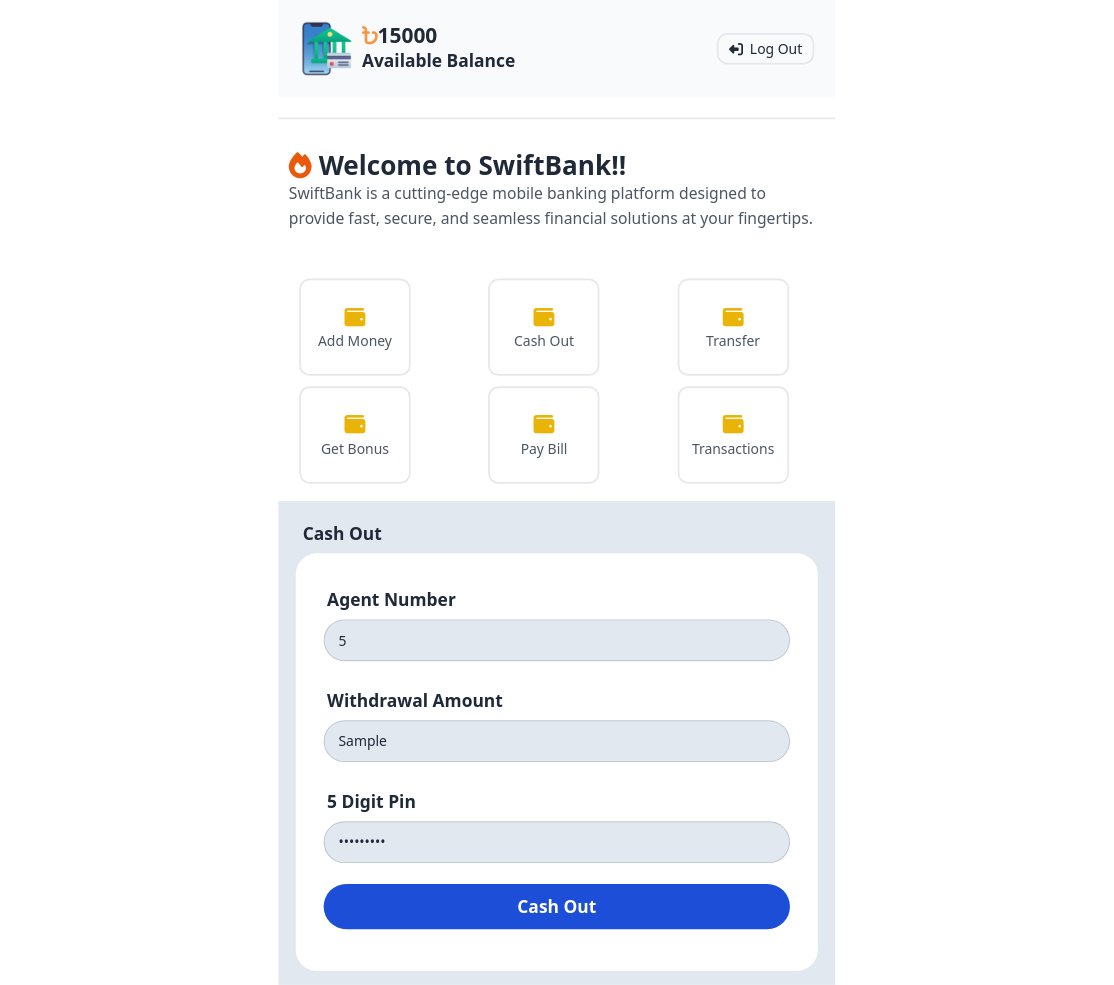
Repository: mukaddam-coder/swift-bank-mobile-banking
Page: home.html
These files come from the project's save history. The page is drawn as it stood at one moment and after the next save; the edit follows.
The browser window is 1280 px wide. The pictures show the whole page, at 87% of full size.
Empty fields were first filled with sample values (such as "Sample", 5 or name@example.com).
After loading, the first visible `#show-add-money-section` was clicked once.
Some web libraries are served in a nearby version.

Above is the page before, as saved 2024-12-13 18:28:47.

### home.html
<!DOCTYPE html>
<html lang="en">
<head>
    <meta charset="UTF-8">
    <meta name="viewport" content="width=device-width, initial-scale=1.0">
    <title>SwiftBank</title>
    <!-- Fontawesome CDN -->
    <script src="https://kit.fontawesome.com/c4e7b2ed2f.js" crossorigin="anonymous"></script>
    <!-- Google Fonts -->
    <link rel="preconnect" href="https://fonts.googleapis.com">
    <link rel="preconnect" href="https://fonts.gstatic.com" crossorigin>
    <link href="https://fonts.googleapis.com/css2?family=Montserrat:ital,wght@0,100..900;1,100..900&display=swap" rel="stylesheet">
    <!-- Tailwind + DaisyUi CDN -->
    <link href="https://cdn.jsdelivr.net/npm/daisyui@4.12.19/dist/full.min.css" rel="stylesheet" type="text/css" />
    <script src="https://cdn.tailwindcss.com"></script>

</head>
<body>

<main>
  <div class="w-1/2 mx-auto p-6 bg-slate-50 h-full flex justify-between items-center">
    <div class="flex gap-2">
        <!-- Logo -->
    <div>
    <img class="w-16 h-16" src="images/mobile-banking.png">
    </div>
    <div>
   <h2 class="text-2xl font-bold" id="main-balance">
   <i class="fa-solid fa-bangladeshi-taka-sign text-orange-400"></i>15000</h2>
   <p class="font-semibold text-xl">Available Balance</p>
</div>
</div>
<div>
<button class="border-2 w-28 px-1 py-1 rounded-xl"> <i class="fa-solid fa-right-from-bracket rotate-180 mr-2"></i>Log Out</button>
</div>
        </div>
    <div class="divider w-1/2 mx-auto"></div>
    <!-- Greetings Section -->
        <section class="w-1/2 mx-auto p-3">
            <h1 class="font-bold text-3xl"><i class="fa-solid fa-fire text-orange-600 text-3xl mr-2"></i>Welcome to SwiftBank!!</h1>
            <p class="text-gray-600 text-lg">
                SwiftBank is a cutting-edge mobile banking platform designed to provide fast, secure, and seamless financial solutions at your fingertips.
            </p>
        </section>
     <!-- User Actionable Dashboard -->

     <section class="w-1/2 mx-auto py-8 grid grid-cols-3 gap-3">

            <div class="w-32 h-28 ml-3 p-3">
                <button id="show-add-money-section" class="border-2 w-32 h-28 rounded-xl bg-white text-gray-600">
                    <p>
                <i class="fa-solid fa-wallet text-yellow-500 text-2xl"></i>
                    </p>
                Add Money
            </button>
                </div>
                <div class="w-32 h-28 ml-3 p-3">
                <button id="show-cash-out-section " class="border-2 w-32 h-28 rounded-xl bg-white text-gray-600">
                    <p>
                <i class="fa-solid fa-wallet text-yellow-500 text-2xl"></i>
                    </p>
                Cash Out
            </button>
                </div>
                <div class="w-32 h-28 ml-3 p-3">
                <button class="border-2 w-32 h-28 rounded-xl bg-white text-gray-600">
                    <p>
                <i class="fa-solid fa-wallet text-2xl text-yellow-500"></i>
                    </p>
                Transfer
            </button>
                </div>
                <div class="w-32 h-28 ml-3 p-3">
                <button class="border-2 w-32 h-28 rounded-xl bg-white text-gray-600">
                    <p>
                <i class="fa-solid fa-wallet text-2xl text-yellow-500"></i>
                    </p>
                Get Bonus
            </button>
                </div>
                <div class="w-32 h-28 ml-3 p-3">
                <button class="border-2 w-32 h-28 rounded-xl bg-white text-gray-600">
                    <p>
                <i class="fa-solid fa-wallet text-2xl text-yellow-500"></i>
                    </p>
                Pay Bill
            </button>
                </div>
                <div class="w-32 h-28 ml-3 p-3">
                <button class="border-2 w-32 h-28 rounded-xl bg-white text-gray-600">
                    <p>
                <i class="fa-solid fa-wallet text-2xl text-yellow-500"></i>
                    </p>
                Transactions
            </button>
    </div>
      </section>
      <!-- Add Money Section Start -->
      <section id="add-money-section" class=" hidden w-1/2 mx-auto px-5 py-4 bg-slate-200">
        <h2 class="p-2 font-bold text-xl">Add Money</h2>
        <form class="card-body bg-white rounded-3xl">
            <div class="form-control mb-4">
              <label class="label">
                <span class="label-text font-semibold text-xl">Select A Bank</span>
              </label>
              <select id="bank"  class="input-bordered rounded-full bg-slate-200 h-12 px-5 border-2">
                <option value="Select Bank">Select Bank</option>
                <option value="AB Bank PLC">AB Bank PLC</option>
                <option value="Bangladesh Commerce Bank Limited">Bangladesh Commerce Bank Limited</option>
                <option value="Islami Bank Bangladesh PLC">Islami Bank Bangladesh PLC</option>
                <option value="Dutch-Bangla Bank PLC">Dutch-Bangla Bank PLC</option>
                <option value="Jamuna Bank Limited">Jamuna Bank Limited</option>
                <option value="Trust Bank PLC">Trust Bank PLC</option>
              </select>
              </div>

            <div class="form-control mb-4">
              <label class="label">
                <span class="label-text font-semibold text-xl">Bank Account Number</span>
              </label>
              <input id="input-bank-account-field" type="text" placeholder="Enter 17 digit account number" class="input input-bordered rounded-full bg-slate-200" required />

            </div>
            <div class="form-control mb-4">
              <label class="label">
                <span class="label-text font-semibold text-xl">Amount to Add</span>
              </label>
              <input id="input-amount-field" type="text" placeholder="Write Amount" class="input input-bordered rounded-full bg-slate-200" required />

            </div>
            <div class="form-control mb-4">
              <label class="label">
                <span class="label-text font-semibold text-xl">5 Digit Pin</span>
              </label>
              <input id="input-add-money-pin-number" type="password" placeholder="Enter 5 Digit Pin" class="input input-bordered rounded-full bg-slate-200" required />

            </div>


            <div class="form-control mb-4">
              <button id="btn-add-money" class="bg-blue-700 font-bold text-xl text-white p-3 rounded-full">Add Money</button>
            </div>
          </form>
      </section>
      <!-- Add Money Section End -->

      <!-- Cash Out Section Start -->
      <section id="cash-out-section" class="w-1/2 mx-auto px-5 py-4 bg-slate-200">
        <h2 class="p-2 font-bold text-xl">Cash Out</h2>
        <form class="card-body bg-white rounded-3xl">
            <div class="form-control mb-4">
              <label class="label">
                <span class="label-text font-semibold text-xl">Agent Number</span>
              </label>
              <input type="number" id="input-cash-out-phone" placeholder="Enter 11 digit number" class="input input-bordered rounded-full bg-slate-200" maxlength="11" required >
              </div>
             <div class="form-control mb-4">
              <label class="label">
                <span class="label-text font-semibold text-xl">Withdrawal Amount</span>
              </label>
              <input id="input-cash-out-field" type="text" placeholder="Write Amount" class="input input-bordered rounded-full bg-slate-200" required />
            </div>
            <div class="form-control mb-4">
              <label class="label">
                <span class="label-text font-semibold text-xl">5 Digit Pin</span>
              </label>
              <input id="input-cash-out-pin-number" type="password" placeholder="Enter 5 Digit Pin" class="input input-bordered rounded-full bg-slate-200" required />
              </div>
          <div class="form-control mb-4">
              <button id="btn-cash-out" class="bg-blue-700 font-bold text-xl text-white p-3 rounded-full">Cash Out</button>
            </div>
          </form>
      </section>

      <!-- Cash Out Section End -->
      <script src="Jscript/utilities.js"></script>
      <script src="Jscript/add-money.js"></script>
      <script src="Jscript/cash-out.js"></script>
      <script src="Jscript/features.js"></script>
       </main>

</body>
</html>

### Jscript/utilities.js
function getInputFieldValueById(id){
    const inputValue = document.getElementById(id).value;
    const inputNumber = parseFloat(inputValue);
    return inputNumber;
}


function getTextFieldValueById(id){
    const textValue = document.getElementById(id).innerText;
    const textNumber = parseFloat(textValue);
    return textNumber;
}

function showSectionById(id){
    // Hide all the section
    document.getElementById('add-money-section').classList.add('hidden');
    document.getElementById('cash-out-section').classList.add('hidden');
//    Show the section with provided id
    document.getElementById(id).classList.remove('hidden');
}

### Jscript/add-money.js
document.getElementById('btn-add-money').addEventListener('click', function(event){
    event.preventDefault();
   const addMoney = getInputFieldValueById('input-amount-field');
   const pinNumber = getInputFieldValueById('input-add-money-pin-number');
   const bankAccNumber = getInputFieldValueById('input-bank-account-field');
   const mainBalance = getTextFieldValueById('main-balance');

    if(isNaN(addMoney)){
        alert('Please enter a positive number to add money.');
        return;
    }

    if(addMoney <= 0 ){
        alert('Please enter a positive number to add money.')
    }

   if(pinNumber === 19945 && bankAccNumber === 20501400204694805){
        const newBalance = mainBalance + addMoney;
        document.getElementById('main-balance').innerText = newBalance;
   }
   else{
    alert('Failed to add money!Please try again.')
   }
})

### Jscript/cash-out.js
document.getElementById('btn-cash-out').addEventListener('click', function(event){
    event.preventDefault();
    const cashOut = getInputFieldValueById('input-cash-out-field');
    const cashOutPin = getInputFieldValueById('input-cash-out-pin-number');
    const agentNumber = getInputFieldValueById('input-cash-out-phone');


    if(isNaN(cashOut)){
        alert('Please enter a positive number to cash out.')
        return;
    }
    if(cashOut <= 0){
        alert('Please enter a valid amount to cash out.')
        return;
    }

    if(cashOut > mainBalance){
        alert('You do not have sufficient balance to cash out.');
        return;
    }

    if(cashOutPin === 19945 && agentNumber === 1735109219){
        const mainBalance = getTextFieldValueById('main-balance');
        const newBalance = mainBalance - cashOut;
     document.getElementById('main-balance').innerText = newBalance;
    }
    else{
        alert('Failed to cash out! Please try again.')
    }
})

### Jscript/features.js
document.getElementById('show-add-money-section').addEventListener('click', function(){
    console.log('add money button clicked')
})

After the next save:
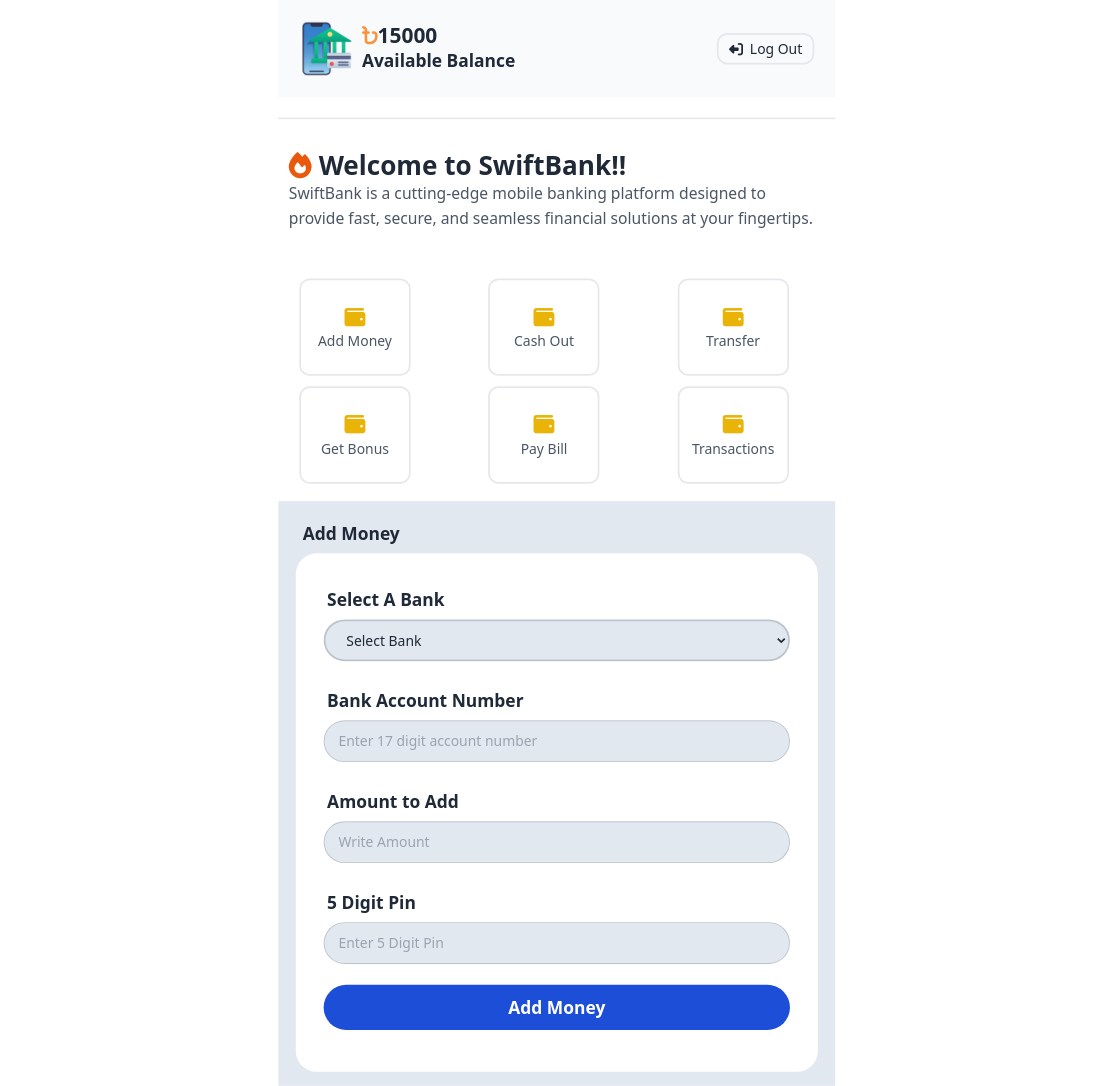
Saved 59 s later.
--- a/Jscript/features.js
+++ b/Jscript/features.js
@@ -1,3 +1,3 @@
 document.getElementById('show-add-money-section').addEventListener('click', function(){
-    console.log('add money button clicked')
+    showSectionById('add-money-section')
 })
